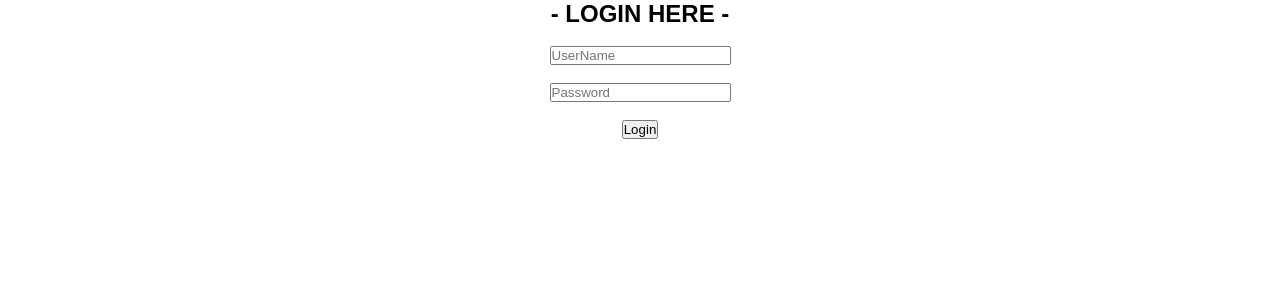
Repository: amitSai12/CMS
Page: http://localhost/LibraryManagementDemo/Login.jsp
An editor plug-in stored every save of this project. The page is shown before and after the next save, followed by the edit.
The browser window is 1280 px wide. The pictures show the whole page.
The page is served by Tomcat 9.

Above is the page before, as saved 2023-10-03 19:01:28.

After the next save:
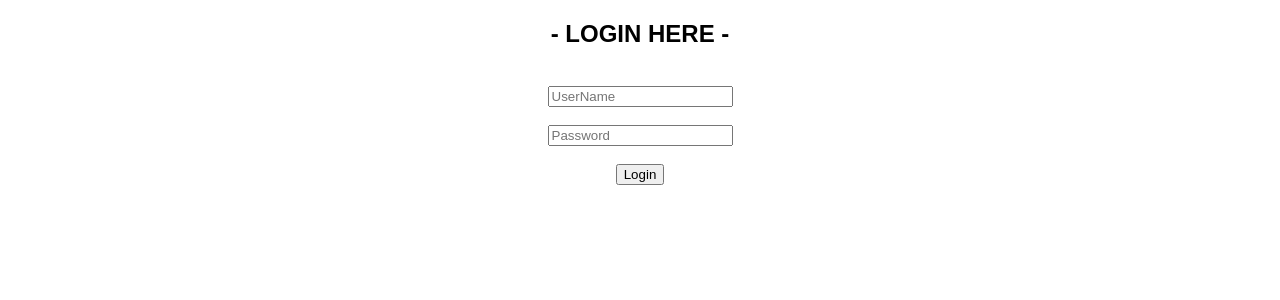
Saved 18 min 44 s later.
--- a/Day1_Thu/LibraryManagementDemo/src/main/webapp/login.css
+++ b/Day1_Thu/LibraryManagementDemo/src/main/webapp/login.css
@@ -1,12 +1,3 @@
-/* Reset some default styles */
-* {
-  margin: 0;
-  padding: 0;
-  box-sizing: border-box;
-  transition: 0.3s;
-  outline: none;
-}
-
 body {
   background-color: #fff;
   font-family: Montserrat, sans-serif;
